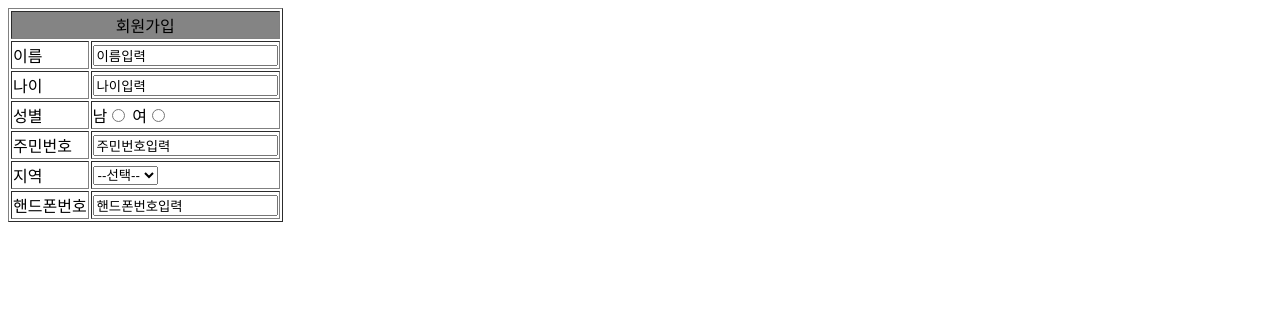
Repository: gunvv00/Java_practice
Page: html_work/html01/WebContent/goods.html
An editor plug-in stored every save of this project. The page is shown before and after the next save, followed by the edit.
The browser window is 1280 px wide. The pictures show the whole page.

Above is the page before, as saved 2020-01-02 06:39:27.

After the next save:
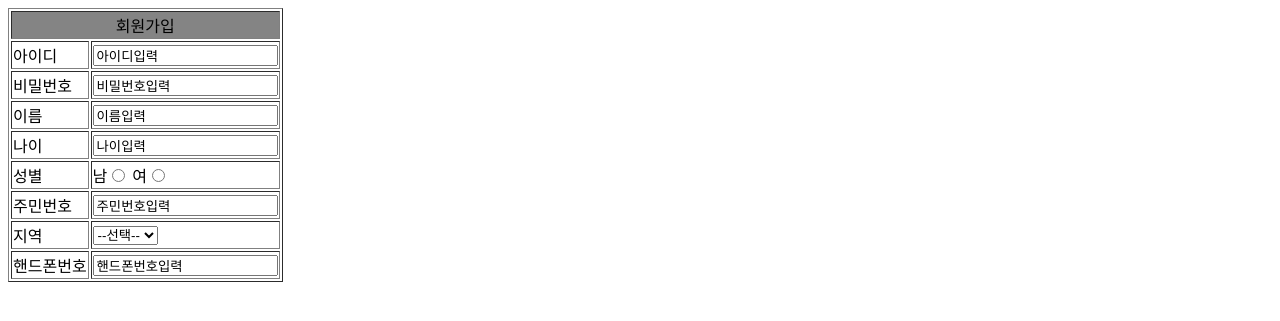
Saved 105 s later.
--- a/html_work/html01/WebContent/goods.html
+++ b/html_work/html01/WebContent/goods.html
@@ -6,8 +6,17 @@
 </head>
 <body>
 	<TABLE Border = 1 height = 100 >
+
 	<tr>
 		<td bgcolor = "#848484" align = center colspan = "2">회원가입</td>
+	</tr>
+	<tr>
+		<td>아이디</td>
+		<td><input type = "text" name="name" value = "아이디입력"></td>
+	</tr>
+	<tr>
+		<td>비밀번호</td>
+		<td><input type = "text" name="name" value = "비밀번호입력"></td>
 	</tr>
 	<tr>
 		<td>이름</td>
